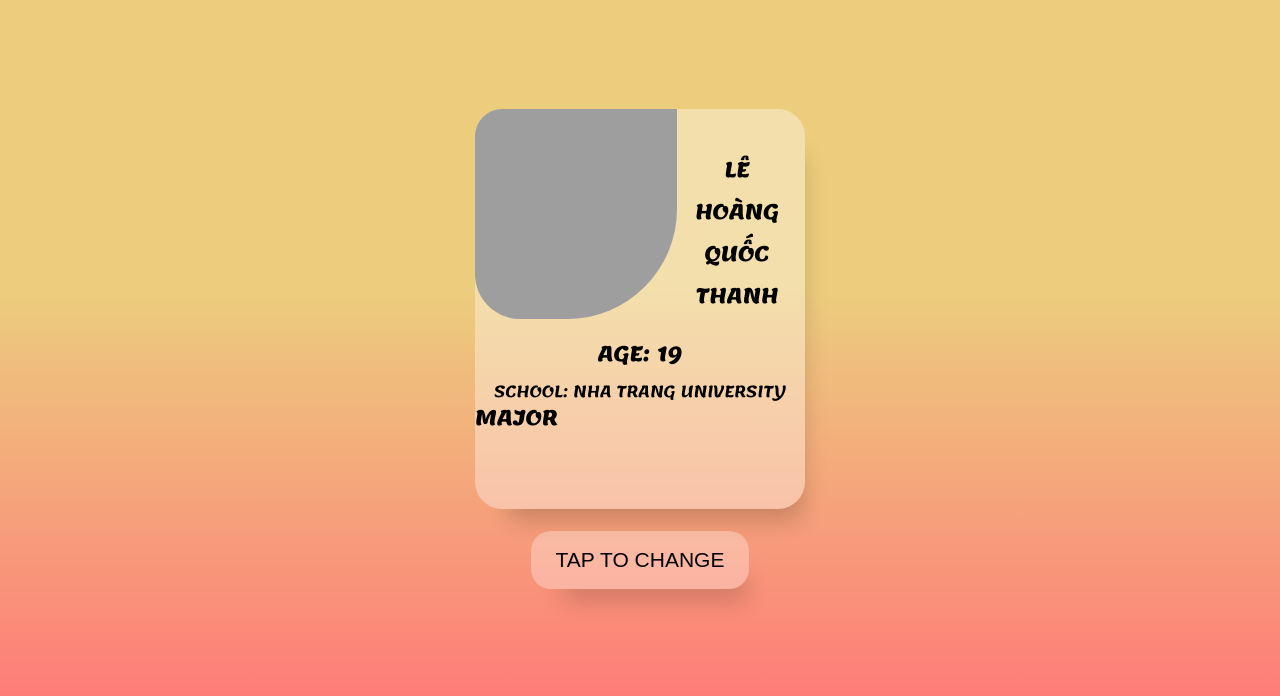
Repository: ThanhThn/profile
Page: index.html
The author's editor kept a copy of each file at every save. The page is drawn from the files as they stood at one save, then again after the next save.
The browser window is 1280 px wide. The pictures show the whole page.
Pictures or frames that could not be fetched are drawn as grey boxes. Some web fonts or font styles are not loaded; a fallback is used.

Above is the page before, as saved 2022-12-05 20:08:40.

### index.html
<!DOCTYPE html>
<html lang="en">
<head>
    <meta charset="UTF-8">
    <meta http-equiv="X-UA-Compatible" content="IE=edge">
    <meta name="viewport" content="width=device-width, initial-scale=1.0">
    <title>Document</title>
    <link rel="stylesheet" href="style.css">
</head>
<body>
    <div class="container">
        <div class="content">
            <img src="avata.jpg" alt="avatar">
            <span class="name">LÊ hoàng quốc thanh</span>
            <span class="age" ></span>
            <span id="school">school: nha trang university</span>
            <div class="major">
                <span id = "major">Major</span>
                <span>

                </span>
            </div>
        </div>
        <button class="btn">tap to change</button>
    </div>

    <script>
        var ages = new Date().getFullYear() - 2003;
        var text = document.getElementsByClassName("age");
        for(let i = 0; i < text.length; i++){
            text[i].innerHTML = `age: ${ages}`;
        }
    </script>
</body>
</html>

### style.css
@import url('https://fonts.googleapis.com/css2?family=Kodchasan:wght@700&family=Lemonada:wght@300;600;700&family=Pacifico&display=swap');
*{
    padding: 0;
    margin: 0;
    box-sizing: border-box;
}

body{
    background:  linear-gradient( to bottom, rgba(223, 172,39,60%) 40%, rgba(255,22,22,58%) 100% );
    width: 100%;
    height: 100vh;
}
.container{
    position: absolute;
    top: 50%;
    left: 50%;
    transform: translate(-50%, -50%);
    display: flex;
    flex-direction: column;
    align-items: center;
}

.content{
    width: 330px;
    height: 400px;
    background: rgba(255, 255, 255, 35%);
    border-radius: 27px;
    box-shadow: rgba(0, 0, 0, .2) 15px 28px 25px -18px;
}

.content img{
    width: 202px;
    height: 210px;
    border-radius: 27px 0 110px 45px;
    object-fit: cover;
    object-position: -32px 0;
}
span{
    width: 104px;
    font-size: 21px;
    text-transform: uppercase;
    font-weight: 700;
    font-family: 'Lemonada', cursive;
}
.content .name{
    position: absolute;
    text-align: center;
    top: 40px;
    left: 210px;
}

.content .age{
    display: block;
    position: relative;
    width: 100%;
    top: 10px;
    text-align: center;
}
#school{
    font-size: 16px;
    font-weight: 600;
    display: block;
    width: 100%;
    text-align: center;
    position: relative;
    top:10px;
}

.btn{
    background: rgba(255, 255, 255, .3);
    width: 218px;
    height: 58px;
    border-radius: 20px;
    border: none;
    margin: 22px;
    font-family: 'Kodchasan', sans-serif;
    font-size: 21px;
    text-transform: uppercase;
    box-shadow: rgba(0, 0, 0, .2) 15px 28px 25px -18px;
    background-position: 0 90%;
    background-repeat: repeat no-repeat;

}

.btn:hover {
    box-shadow: rgba(0, 0, 0, .3) 2px 8px 8px -5px;
    transform: translate3d(0, 2px, 0);
}


.btn:focus {
  box-shadow: rgba(0, 0, 0, .3) 2px 8px 4px -6px;
}

After the next save:
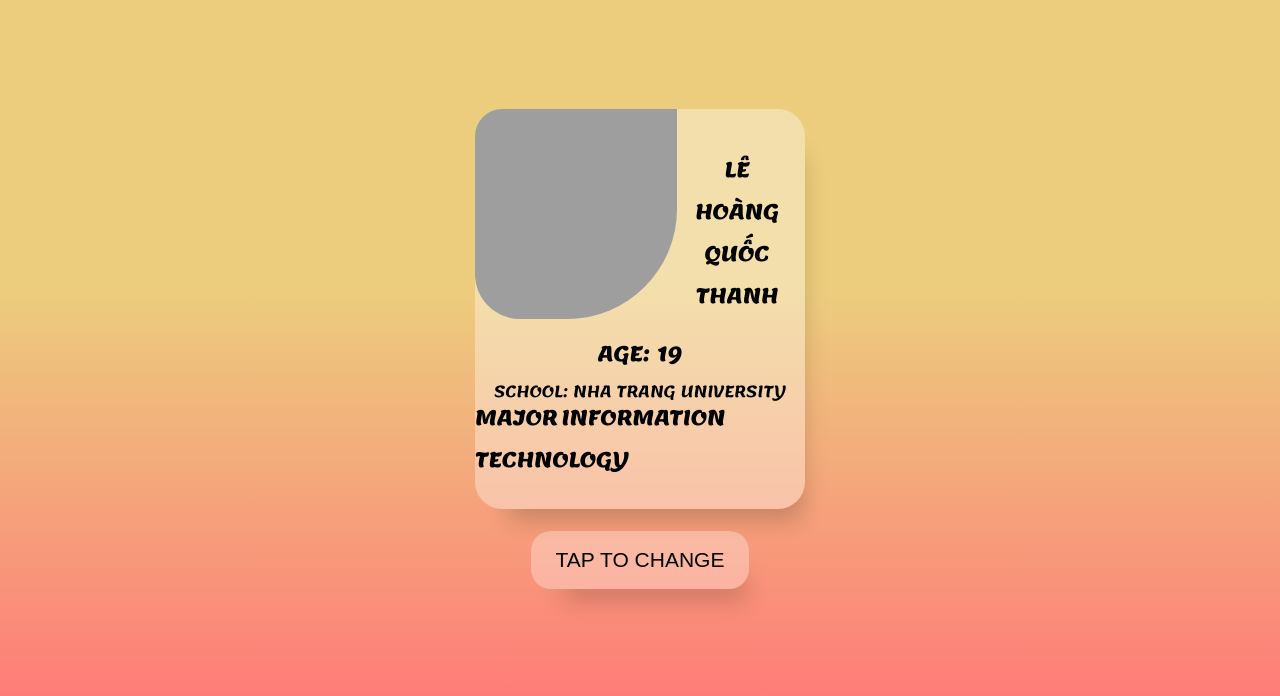
Saved 54 s later.
--- a/index.html
+++ b/index.html
@@ -16,9 +16,7 @@
             <span id="school">school: nha trang university</span>
             <div class="major">
                 <span id = "major">Major</span>
-                <span>
-
-                </span>
+                <span id = "major--name">information technology</span>
             </div>
         </div>
         <button class="btn">tap to change</button>
